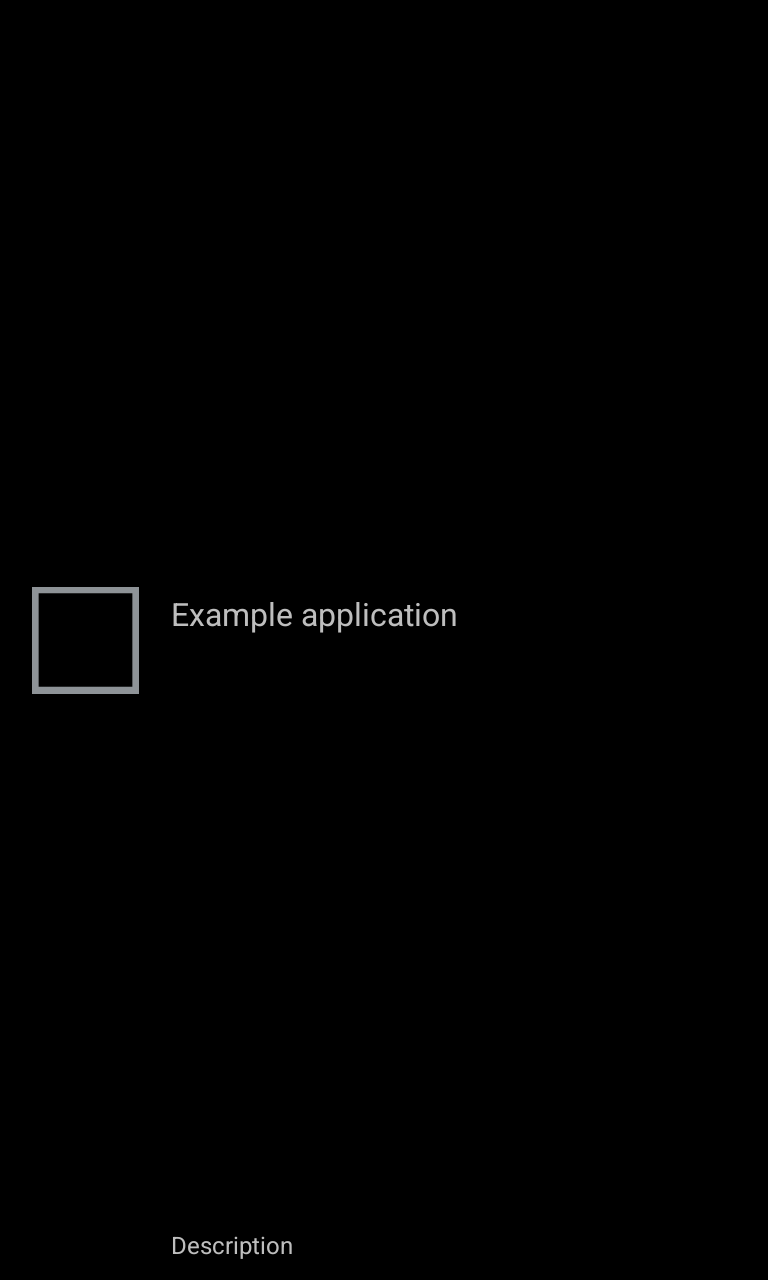
Repository: easyCZ/UoE-Projects
Layout: UG3-SELP/res/layout/sidebar_drawer.xml
An editor plug-in stored every save of this project. The layout is shown before and after the next save, followed by the edit.
It is drawn on a 768 x 1280 px phone screen (xhdpi) without system bars, with theme android:Theme.Black.NoTitleBar; the app's code is not run.

Above is the layout before, as saved 2013-12-05 17:13:19.

After the next save:
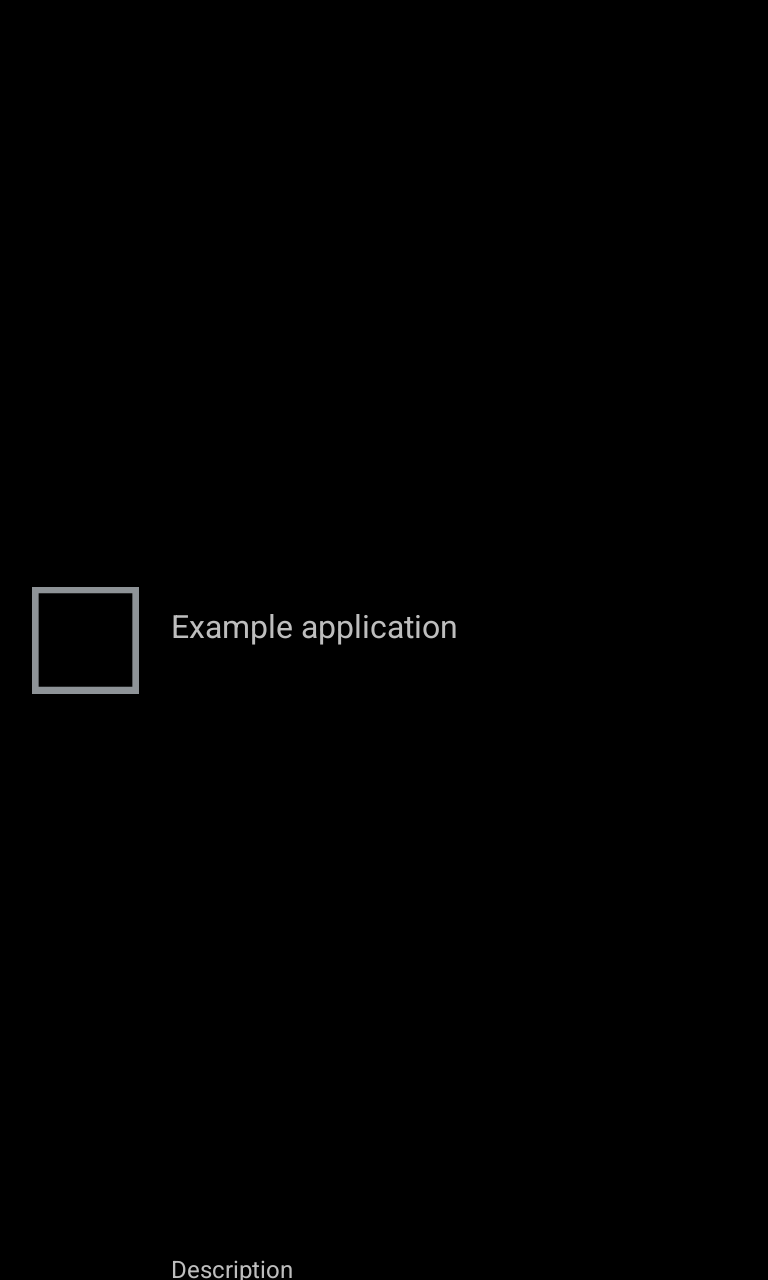
Saved 31 s later.
--- a/UG3-SELP/res/layout/sidebar_drawer.xml
+++ b/UG3-SELP/res/layout/sidebar_drawer.xml
@@ -18,7 +18,7 @@
     <TextView
         android:id="@+id/secondLine"
         android:layout_width="fill_parent"
-        android:layout_height="26dip"
+        android:layout_height="14dip"
         android:layout_alignParentBottom="true"
         android:layout_alignParentRight="true"
         android:layout_toRightOf="@id/sidebarIcon"
